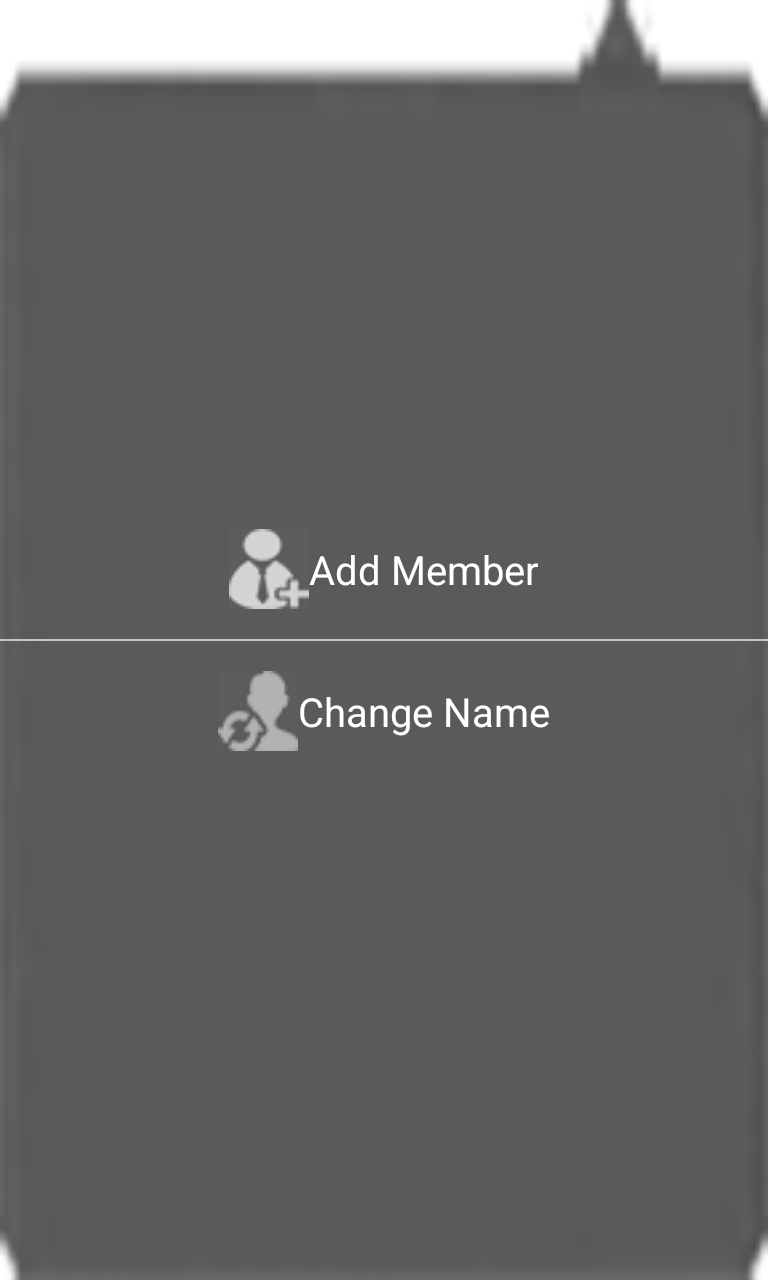
Repository: GitDidNotExitCleanly/FaceLabel
Layout: FaceLabel/res/layout/activity_group_setting_dropdown.xml
These files come from the project's save history. The layout is drawn as it stood at one moment and after the next save; the edit follows.
It is drawn on a 768 x 1280 px phone screen (xhdpi) without system bars, with theme AppTheme; the app's code is not run.

Above is the layout before, as saved 2015-05-12 15:16:05.

### FaceLabel/res/layout/activity_group_setting_dropdown.xml
<?xml version="1.0" encoding="utf-8"?>
<LinearLayout xmlns:android="http://schemas.android.com/apk/res/android"
    android:id="@+id/dropdown_layout"
    android:layout_width="200dp"
    android:layout_height="wrap_content"
    android:gravity="center"
    android:orientation="vertical"
    android:background ="@drawable/dropdown_menu" >

    <LinearLayout
        android:id="@+id/activity_group_setting_addMissingMember"
        android:layout_width="match_parent"
        android:layout_height="wrap_content"
        android:layout_marginBottom="5dp"
        android:layout_marginLeft="2dp"
        android:layout_marginRight="2dp"
        android:layout_marginTop="5dp"
        android:gravity="center" >

        <ImageView
            android:layout_width="40dp"
            android:layout_height="40dp"
            android:src="@drawable/activity_group_add_member" />

        <TextView
            android:layout_width="wrap_content"
            android:layout_height="wrap_content"
            android:text="Add Member"
            android:textColor="#fff"
            android:textSize="20sp" />
    </LinearLayout>

    <View
		android:layout_width="fill_parent"
		android:layout_height="1dp"
		android:layout_marginTop="10dp"
		android:layout_marginBottom="10dp"
		android:background="#C6C6C6"/>

    <LinearLayout
        android:id="@+id/activity_group_setting_changeName"
        android:layout_width="match_parent"
        android:layout_height="wrap_content"
        android:layout_marginBottom="5dp"
        android:layout_marginLeft="2dp"
        android:layout_marginRight="2dp"
        android:layout_marginTop="5dp"
        android:gravity="center" >

        <ImageView
            android:layout_width="40dp"
            android:layout_height="40dp"
            android:src="@drawable/activity_group_change_name" />

        <TextView
            android:layout_width="wrap_content"
            android:layout_height="wrap_content"
            android:text="Change Name"
            android:textColor="#fff"
            android:textSize="20sp" />

    </LinearLayout>

</LinearLayout>

### FaceLabel/res/values/styles.xml
<resources>

    <!--
        Base application theme, dependent on API level. This theme is replaced
        by AppBaseTheme from res/values-vXX/styles.xml on newer devices.
    -->
    <style name="AppBaseTheme" parent="android:Theme.Light">
        <!--
            Theme customizations available in newer API levels can go in
            res/values-vXX/styles.xml, while customizations related to
            backward-compatibility can go here.
        -->
    </style>

    <!-- Application theme. -->
    <style name="AppTheme" parent="AppBaseTheme">
        <!-- All customizations that are NOT specific to a particular API-level can go here. -->
    </style>

    <style name="PopupMenuAnimation" parent="android:Animation">
        <item name="android:windowEnterAnimation">@anim/slide_up_dialog</item>
        <item name="android:windowExitAnimation">@anim/slide_out_down</item>
	</style>

</resources>

Loaded but not shown: FaceLabel/res/values-v11/styles.xml (common file); FaceLabel/res/values-v14/styles.xml (common file)

After the next save:
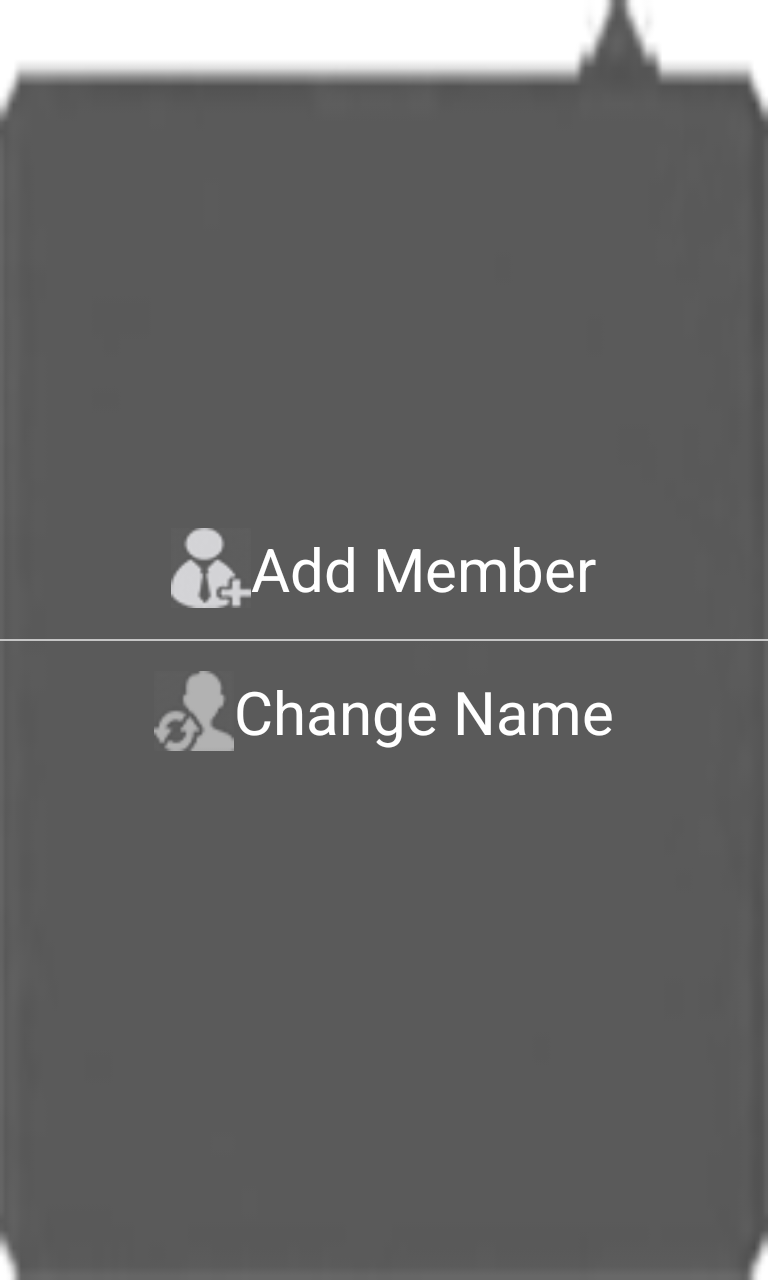
Saved 20 s later.
--- a/FaceLabel/res/layout/activity_group_setting_dropdown.xml
+++ b/FaceLabel/res/layout/activity_group_setting_dropdown.xml
@@ -27,7 +27,7 @@
             android:layout_height="wrap_content"
             android:text="Add Member"
             android:textColor="#fff"
-            android:textSize="20sp" />
+            android:textSize="30sp" />
     </LinearLayout>
 
     <View
@@ -57,7 +57,7 @@
             android:layout_height="wrap_content"
             android:text="Change Name"
             android:textColor="#fff"
-            android:textSize="20sp" />
+            android:textSize="30sp" />
 
     </LinearLayout>
 
